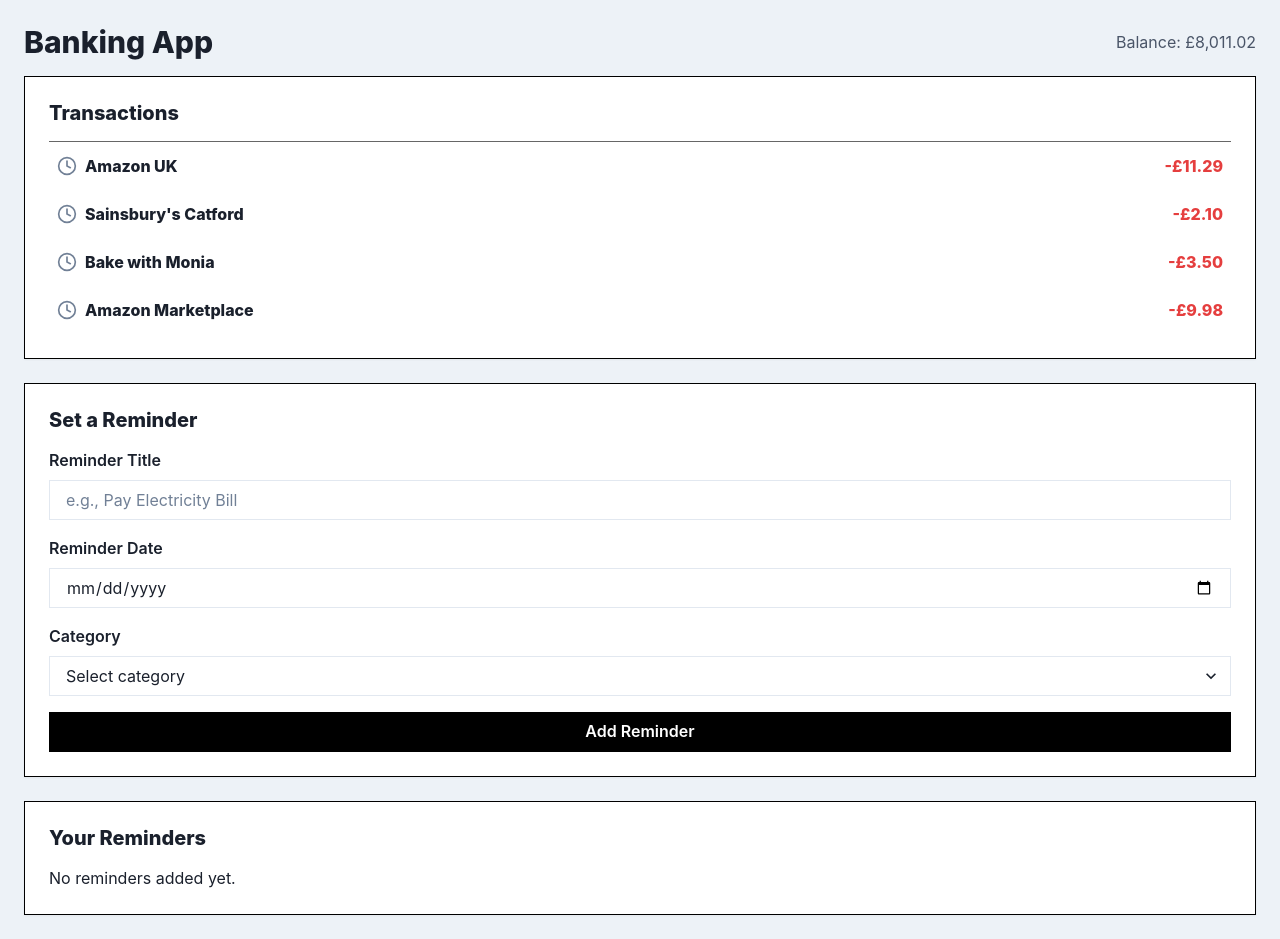
Repository: ellamcmorrow/banking-reminder
Page: /reminder
An editor plug-in stored every save of this project. The page is shown before and after a run of saves, followed by the edit.
The browser window is 1280 px wide. The pictures show the whole page.
The project was rebuilt for these pictures with package versions that can differ from the ones it lists, and the page was loaded fresh each time. The framework's server and built-in components were replaced by stand-ins that run in the browser. Also part of the build but not shown: next.config.js.

Above is the page before, as saved 2024-12-01 18:33:36.

### src/pages/_app.tsx
import type { AppProps } from "next/app";
import { ChakraProvider, extendTheme } from "@chakra-ui/react";

// you can extend the theme and add custom colors, font styles, etc.
const colors = {
  greenDark: "#003d2d",
  greenLight: "#2f7d66",
  white: "#ffffff",
  offWhite: "#f8f8f8",
  darkGray: "#333333",
  black: "#000000",
};

const fontWeights = {
  normal: 400,
  medium: 600,
  bold: 800,
};

const fontFamily = {
  base: "GT Ultra Standard",
  bold: "GT Ultra Median",
};

const breakpoints = {
  sm: "320px",
  md: "768px",
  lg: "960px",
  xl: "1200px",
};

export const theme = extendTheme({
  colors,
  fontWeights,
  fontFamily,
  breakpoints,
});

function MyApp({ Component, pageProps }: AppProps) {
  return (
    <ChakraProvider theme={theme}>
      <Component {...pageProps} />
    </ChakraProvider>
  );
}

export default MyApp;

### src/pages/reminder.tsx
import {
  Box,
  Heading,
  VStack,
  HStack,
  Input,
  Button,
  FormControl,
  FormLabel,
  Select,
  Text,
  useToast,
  Flex,
  Divider,
  Icon,
  SimpleGrid,
} from "@chakra-ui/react";
import { FiClock } from "react-icons/fi";
import { useState } from "react";

type Reminder = {
  title: string;
  date: string;
  category: string;
};

type Transaction = {
  id: number;
  name: string;
  amount: string;
  date: string;
};

export default function ReminderPage() {
  const [reminder, setReminder] = useState<Reminder>({
    title: "",
    date: "",
    category: "",
  });
  const [remindersList, setRemindersList] = useState<Reminder[]>([]);
  const [transactions] = useState<Transaction[]>([
    { id: 1, name: "Amazon UK", amount: "-£11.29", date: "2024-12-01" },
    {
      id: 2,
      name: "Sainsbury's Catford",
      amount: "-£2.10",
      date: "2024-12-01",
    },
    { id: 3, name: "Bake with Monia", amount: "-£3.50", date: "2024-12-01" },
    { id: 4, name: "Amazon Marketplace", amount: "-£9.98", date: "2024-12-01" },
  ]);

  const toast = useToast();

  const handleChange = (
    e: React.ChangeEvent<HTMLInputElement | HTMLSelectElement>
  ) => {
    const { name, value } = e.target;
    setReminder((prev) => ({ ...prev, [name]: value }));
  };

  const handleAddReminder = () => {
    if (!reminder.title || !reminder.date || !reminder.category) {
      toast({
        title: "Error",
        description: "All fields are required!",
        status: "error",
        duration: 3000,
        isClosable: true,
      });
      return;
    }

    setRemindersList((prev) => [...prev, reminder]);
    setReminder({ title: "", date: "", category: "" });

    toast({
      title: "Success",
      description: "Reminder added successfully!",
      status: "success",
      duration: 3000,
      isClosable: true,
    });
  };

  return (
    <Box bg="gray.100" minH="100vh" p={6}>
      <Flex justifyContent="space-between" alignItems="center" mb={4}>
        <Heading size="lg">Banking App</Heading>
        <Text fontSize="md" color="gray.600">
          Balance: £8,011.02
        </Text>
      </Flex>
      <Box
        bg="white"
        p={6}
        border="1px solid black"
        borderRadius="none"
        boxShadow="sm"
      >
        <Heading size="md" mb={4}>
          Transactions
        </Heading>
        <Divider />
        {transactions.map((transaction) => (
          <HStack
            key={transaction.id}
            justifyContent="space-between"
            py={3}
            px={2}
            _hover={{
              bg: "black",
              color: "white",
              cursor: "pointer",
            }}
          >
            <HStack>
              <Icon as={FiClock} boxSize={5} color="gray.500" />
              <Text fontWeight="bold">{transaction.name}</Text>
            </HStack>
            <Text color="red.500" fontWeight="bold">
              {transaction.amount}
            </Text>
          </HStack>
        ))}
      </Box>

      <Box
        bg="white"
        mt={6}
        p={6}
        border="1px solid black"
        borderRadius="none"
        boxShadow="sm"
      >
        <Heading size="md" mb={4}>
          Set a Reminder
        </Heading>
        <VStack spacing={4} align="stretch">
          <FormControl>
            <FormLabel>Reminder Title</FormLabel>
            <Input
              name="title"
              value={reminder.title}
              onChange={handleChange}
              placeholder="e.g., Pay Electricity Bill"
              borderRadius="none"
              _hover={{
                borderColor: "black",
              }}
              _focus={{
                borderColor: "black",
                bg: "black",
                color: "white",
              }}
            />
          </FormControl>
          <FormControl>
            <FormLabel>Reminder Date</FormLabel>
            <Input
              name="date"
              type="date"
              value={reminder.date}
              onChange={handleChange}
              borderRadius="none"
              _hover={{
                borderColor: "black",
              }}
              _focus={{
                borderColor: "black",
                bg: "black",
                color: "white",
              }}
            />
          </FormControl>
          <FormControl>
            <FormLabel>Category</FormLabel>
            <Select
              name="category"
              value={reminder.category}
              onChange={handleChange}
              placeholder="Select category"
              borderRadius="none"
              _hover={{
                borderColor: "black",
              }}
              _focus={{
                borderColor: "black",
                bg: "black",
                color: "white",
              }}
            >
              <option value="Bills">Bills</option>
              <option value="Savings">Savings</option>
              <option value="Investments">Investments</option>
            </Select>
          </FormControl>
          <Button
            colorScheme="green"
            onClick={handleAddReminder}
            w="full"
            bg="black"
            color="white"
            borderRadius="none"
            _hover={{
              bg: "white",
              color: "black",
              border: "1px solid black",
            }}
            _active={{
              bg: "gray.800",
              color: "white",
            }}
          >
            Add Reminder
          </Button>
        </VStack>
      </Box>

      <Box
        bg="white"
        mt={6}
        p={6}
        border="1px solid black"
        borderRadius="none"
        boxShadow="sm"
      >
        <Heading size="md" mb={4}>
          Your Reminders
        </Heading>
        {remindersList.length > 0 ? (
          <SimpleGrid columns={1} spacing={4}>
            {remindersList.map((r, index) => (
              <Box
                key={index}
                p={4}
                border="1px solid black"
                bg="gray.50"
                borderRadius="none"
                _hover={{
                  bg: "black",
                  color: "white",
                }}
              >
                <Text fontWeight="bold">{r.title}</Text>
                <Text>Date: {r.date}</Text>
                <Text>Category: {r.category}</Text>
              </Box>
            ))}
          </SimpleGrid>
        ) : (
          <Text>No reminders added yet.</Text>
        )}
      </Box>
    </Box>
  );
}

After the next 2 saves:
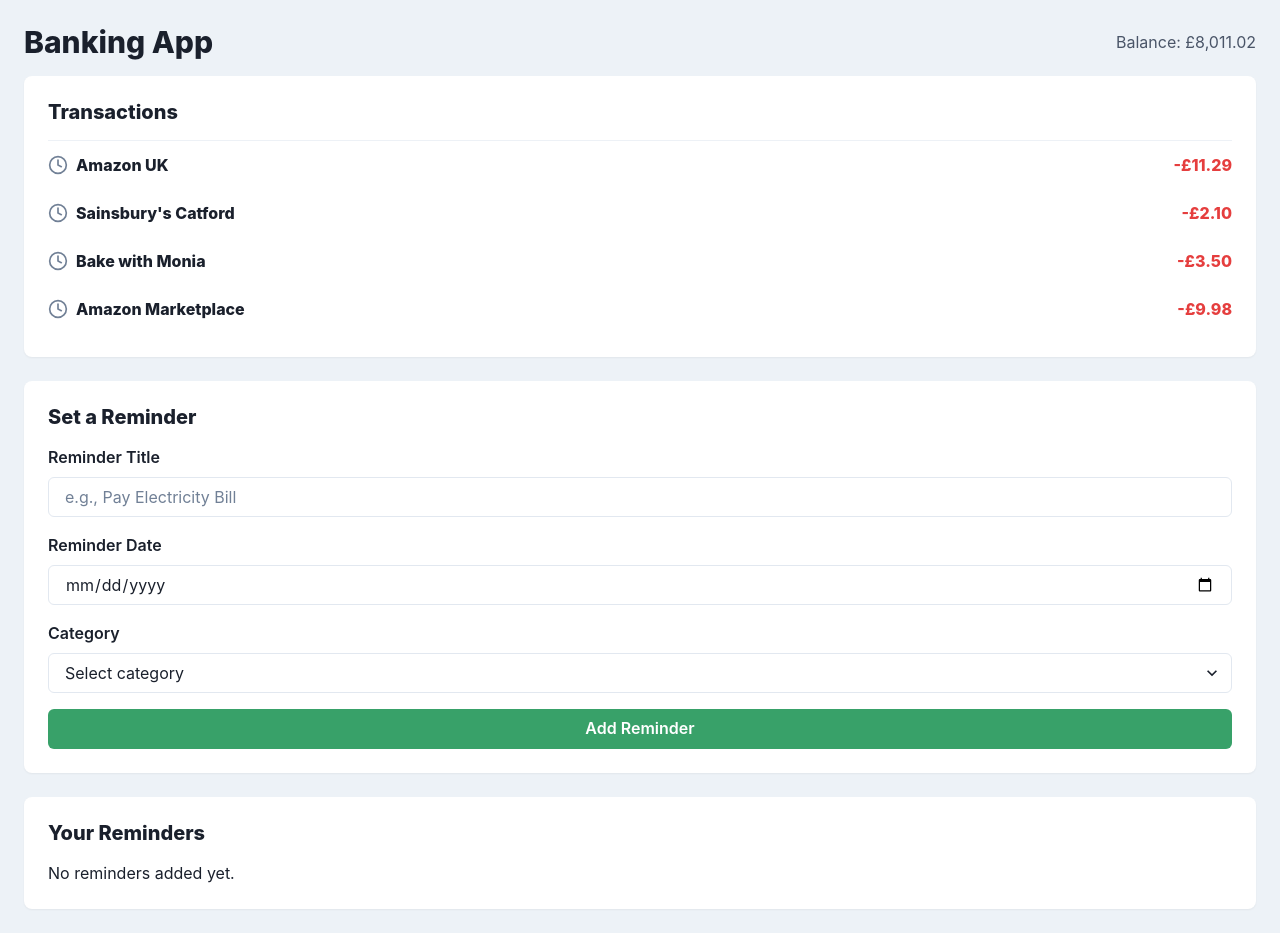
The 2 saves are shown as one change because they came seconds apart.
The last was saved 26 s later.
--- a/src/pages/reminder.tsx
+++ b/src/pages/reminder.tsx
@@ -91,29 +91,13 @@ export default function ReminderPage() {
           Balance: £8,011.02
         </Text>
       </Flex>
-      <Box
-        bg="white"
-        p={6}
-        border="1px solid black"
-        borderRadius="none"
-        boxShadow="sm"
-      >
+      <Box bg="white" p={6} borderRadius="lg" boxShadow="sm">
         <Heading size="md" mb={4}>
           Transactions
         </Heading>
         <Divider />
         {transactions.map((transaction) => (
-          <HStack
-            key={transaction.id}
-            justifyContent="space-between"
-            py={3}
-            px={2}
-            _hover={{
-              bg: "black",
-              color: "white",
-              cursor: "pointer",
-            }}
-          >
+          <HStack key={transaction.id} justifyContent="space-between" py={3}>
             <HStack>
               <Icon as={FiClock} boxSize={5} color="gray.500" />
               <Text fontWeight="bold">{transaction.name}</Text>
@@ -125,14 +109,7 @@ export default function ReminderPage() {
         ))}
       </Box>
 
-      <Box
-        bg="white"
-        mt={6}
-        p={6}
-        border="1px solid black"
-        borderRadius="none"
-        boxShadow="sm"
-      >
+      <Box bg="white" mt={6} p={6} borderRadius="lg" boxShadow="sm">
         <Heading size="md" mb={4}>
           Set a Reminder
         </Heading>
@@ -144,15 +121,6 @@ export default function ReminderPage() {
               value={reminder.title}
               onChange={handleChange}
               placeholder="e.g., Pay Electricity Bill"
-              borderRadius="none"
-              _hover={{
-                borderColor: "black",
-              }}
-              _focus={{
-                borderColor: "black",
-                bg: "black",
-                color: "white",
-              }}
             />
           </FormControl>
           <FormControl>
@@ -162,15 +130,6 @@ export default function ReminderPage() {
               type="date"
               value={reminder.date}
               onChange={handleChange}
-              borderRadius="none"
-              _hover={{
-                borderColor: "black",
-              }}
-              _focus={{
-                borderColor: "black",
-                bg: "black",
-                color: "white",
-              }}
             />
           </FormControl>
           <FormControl>
@@ -180,51 +139,19 @@ export default function ReminderPage() {
               value={reminder.category}
               onChange={handleChange}
               placeholder="Select category"
-              borderRadius="none"
-              _hover={{
-                borderColor: "black",
-              }}
-              _focus={{
-                borderColor: "black",
-                bg: "black",
-                color: "white",
-              }}
             >
               <option value="Bills">Bills</option>
               <option value="Savings">Savings</option>
               <option value="Investments">Investments</option>
             </Select>
           </FormControl>
-          <Button
-            colorScheme="green"
-            onClick={handleAddReminder}
-            w="full"
-            bg="black"
-            color="white"
-            borderRadius="none"
-            _hover={{
-              bg: "white",
-              color: "black",
-              border: "1px solid black",
-            }}
-            _active={{
-              bg: "gray.800",
-              color: "white",
-            }}
-          >
+          <Button colorScheme="green" onClick={handleAddReminder} w="full">
             Add Reminder
           </Button>
         </VStack>
       </Box>
 
-      <Box
-        bg="white"
-        mt={6}
-        p={6}
-        border="1px solid black"
-        borderRadius="none"
-        boxShadow="sm"
-      >
+      <Box bg="white" mt={6} p={6} borderRadius="lg" boxShadow="sm">
         <Heading size="md" mb={4}>
           Your Reminders
         </Heading>
@@ -234,13 +161,9 @@ export default function ReminderPage() {
               <Box
                 key={index}
                 p={4}
-                border="1px solid black"
+                borderWidth={1}
+                borderRadius="lg"
                 bg="gray.50"
-                borderRadius="none"
-                _hover={{
-                  bg: "black",
-                  color: "white",
-                }}
               >
                 <Text fontWeight="bold">{r.title}</Text>
                 <Text>Date: {r.date}</Text>
